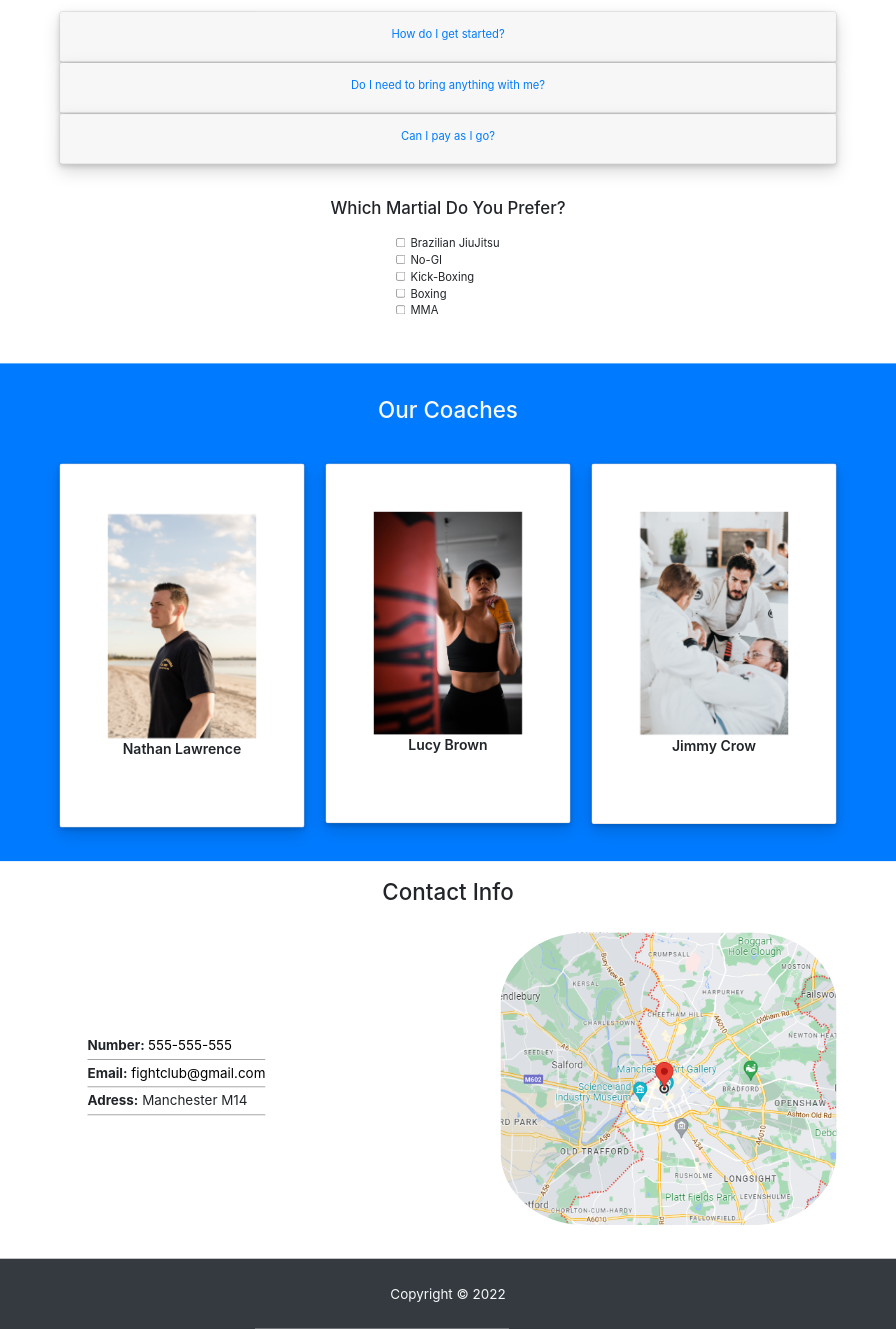
Repository: IonPara/Just-Fight
Page: index.html
An editor plug-in stored every save of this project. The page is shown before and after the next save, followed by the edit.
The browser window is 1280 px wide. The pictures show the part of the page from y = 2183 to 4103 px (the page is 4081 px tall before and 4103 px after), at 70% of full size.
Some web libraries are served in a nearby version.

Above is the page before, as saved 2023-03-13 16:10:44.

### index.html
<!DOCTYPE html>
<html lang="en">

<head>
  <meta charset="utf-8">
  <meta name="viewport" content="width=device-width, initial-scale=1.0">
  <title>Just Fight</title>
  <link href="./Styles/styles.css" rel="stylesheet" type="text/css">

  <!-- Bootstrap Link -->
  <link rel="stylesheet" href="https://cdn.jsdelivr.net/npm/bootstrap@4.2.1/dist/css/bootstrap.min.css"
    integrity="sha384-GJzZqFGwb1QTTN6wy59ffF1BuGJpLSa9DkKMp0DgiMDm4iYMj70gZWKYbI706tWS" crossorigin="anonymous">
</head>

<body>
  <header>

    <!-- ------------Nav bar ------------------------>
    <nav class="navbar navbar-expand-lg navbar-dark bg-dark fixed-top">
      <div class="container pb-4 mr-5">
        <a class="navbar-brand mt-3" id="brand" href="#"><span class="text-primary">Just </span> Fight</a>
        <button class="navbar-toggler" type="button" data-toggle="collapse" data-target="#navbarSupportedContent"
          aria-controls="navbarSupportedContent" aria-expanded="false" aria-label="Toggle navigation">
          <span class="navbar-toggler-icon"></span>
        </button>
      </div>

      <div class="collapse navbar-collapse" id="navbarSupportedContent">
        <ul class="navbar-nav justify-content-end">
          <li class="nav-item active">
            <a class="nav-link" href="#">Home <span class="sr-only">(current)</span></a>
          </li>
          <li class="nav-item">
            <a class="nav-link" href="#ourClasses">Classes</a>
          </li>
          <li class="nav-item">
            <a class="nav-link" href="#openingHours">Opening</a>
          </li>
          <li class="nav-item">
            <a class="nav-link" href="#coaches">Coaches</a>
          </li>
          <li class="nav-item">
            <a class="nav-link" href="#contact">Contact</a>
          </li>
          <li class="nav-item">
            <a class="nav-link" href="./about.html">About</a>
          </li>
          <li class="nav-item">
            <a class="nav-link" href="./plans.html">Join</a>
          </li>
          <li class="nav-item">
            <a class="nav-link" href="./review.html">Review</a>
          </li>
        </ul>
      </div>
    </nav>
  </header>

  <!-- ------------------------Join Club Top section  --------------- -->
  <section class="text-light pt-5 text-center text-sm-start top-section transition-fade" id="swup">
    <div class="container">
      <div class="d-sm-flex justify-content-between align-items-center">
        <div class="heading-container w-50">
          <h1 class="fight-club text-center font-weight-bold"><span class="text-primary">Just </span>Fight</h1>
          <p class=" md-lead text-left font-italic pt-3">
            All martial arts are really just different paths to the same place, which is total human development.
            <br>
          <p class="text-right">BETH AUSTIN</p>
          <a class="text-white" href="./plans.html" target="_blank" rel="noopener noreferrer">
            <button class="btn btn-lg btn-primary mt-3" id="join">
              Join Our Team
            </button>
          </a>
        </div>
        <img class="img-fluid  w-25 d-none d-sm-block" src="./Images/timothy-eberly-C7ax3RF9FFo-unsplash.jpg"
          alt="Muay Thai">
      </div>
    </div>
  </section>

  <!-- Sign Up section -->
  <div class="bg-primary text-light p-5">
    <div class="container">
      <div class="d-md-flex justify-content-between align-items-center">
        <h3 class="mb3-mb-md-0">
          Sing Up For Our Newsletters
        </h3>
        <div class="input-group mb-3">
          <input type="text" class="form-control newsletter-input" placeholder="Enter Email:"
            aria-label="Recipient's username" aria-describedby="button-addon2">
          <button class="btn  btn-outline-secondary bg-dark text-white" type="button" id="button-addon2">
            Sign Up
          </button>
        </div>
      </div>
    </div>
  </div>

  <!-------------------------------Our Classes Boxes------------ -->
  <section class="p-5 mb-5 classes-container" id="ourClasses">
    <div class="container  text-center text-light boxes">
      <div class="row">
        <div class="col text-dark font-weight-bolder">
          <div class=" h2 pb-4">Join Our Classes</div>
        </div>
      </div>

      <!-- Here we create a row with 3 boxes -->
      <div class="row">

        <div class="col-md ">
          <div class="card bg-primary ">
            <div class="card-body">
              <h3 class="card-title">Brazilian Jiu Jitsu</h3>
              <a href="./about.html">
                <img class=" card-image w-100 d-md-block" src="./Images/bjj.png" alt="Brazilian Jiu Jitsu">
              </a>
            </div>
          </div>
        </div>

        <div class="col-md ">
          <div class="card bg-dark mt-4 m-md-0">
            <div class="card-body">
              <h3 class="card-title">No-Gi</h3>
              <a href="./about.html">
                <img class="card-image w-100 d-md-block" src="./Images/no-gi.png" alt="No-Gi">
              </a>
            </div>
          </div>
        </div>

        <div class="col-md ">
          <div class="card bg-primary mt-4 m-md-0">
            <div class="card-body">
              <h3 class="card-title">Kick Boxing</h3>
              <a href="./about.html">
                <img class=" card-image w-100 d-md-block" src="./Images/kb.png" alt="Kick-boxing">
              </a>
            </div>
          </div>
        </div>
      </div>

      <!-- Here we create second row with 3 boxes -->
      <div class="row pt-4">
        <div class="col-md">
          <div class="card bg-dark mb-4 m-md-0">
            <div class="card-body">
              <h3 class="card-title">Boxing</h3>
              <a href="./about.html">
                <img class="card-image w-100  d-md-block" src="./Images/boxing.png" alt="Brazilian Jiu Jitsu">
              </a>
            </div>
          </div>
        </div>

        <div class="col-md">
          <div class="card bg-primary">
            <div class="card-body">
              <h3 class="card-title">MMA</h3>
              <a href="./about.html">
                <img class="card-image w-100  d-md-block" src="./Images/mma.png" alt="No-Gi">
              </a>
            </div>
          </div>
        </div>

        <div class="col-md">
          <div class="card bg-dark mt-4 m-md-0">
            <div class="card-body">
              <h3 class="card-title">Gym</h3>
              <a href="./about.html">
                <img class="card-image w-100  d-md-block" src="./Images/gym.png" alt="Kick-boxing">
              </a>
            </div>
          </div>
        </div>

      </div>
    </div>
  </section>
  <!----------------------------Table--------------------------------  -->
  <section class="bg-dark  p-5" id="openingHours">
    <h2 class="text-light text-center">Opening Hours</h2>

    <div class="bg-dark py-5">
      <div class=" text-dark d-flex justify-content-center table-container">
        <table class=" table bg-light  table-hover w-75 ">
          <thead class="bg-dark text-light">
            <!-- Here is the top row -->
            <tr class="row-head ">
              <!-- Here on the small screen the day of the week wil be just a letter -->
              <th class="col1 d-none d-md-table-cell" scope="col">Class</th>
              <th class="col2 d-md-none" scope="col">C</th>
              <th class="col2 d-none d-md-table-cell" scope="col">Monday</th>
              <th class="col2 d-md-none" scope="col">M</th>
              <th class="col3 d-none d-md-table-cell" scope="col">Tuesday</th>
              <th class="col3 d-md-none" scope="col">T</th>
              <th class="col3 d-none d-md-table-cell" scope="col">Wednesday</th>
              <th class="col3 d-md-none" scope="col">W</th>
              <th class="col4 d-none d-md-table-cell" scope="col">Thursday</th>
              <th class="col4 d-md-none" scope="col">T</th>
              <th class="col5 d-none d-md-table-cell" scope="col">Friday</th>
              <th class="col5 d-md-none" scope="col">F</th>
              <th class="col6 d-none d-md-table-cell" scope="col">Saturday</th>
              <th class="col6 d-md-none" scope="col">S</th>
            </tr>
          </thead>

          <tbody class="" id="table">
            <!-- Here is the second row -->
            <!-- The first column will change depending on the screen size -->
            <tr class="table-active">
              <th class="d-none d-md-block">Brazilian Jiu Jitsu</th>
              <th class="d-md-none ">BJJ</th>
              <td></td>
              <td>7PM-8PM</td>
              <td></td>
              <td>7PM-8PM</td>
              <td></td>
              <td>10AM-11AM</td>
            </tr>
            <!-- Here is the third row -->
            <!-- The first column will change depending on the screen size -->
            <tr>
              <th class="d-none d-md-block">No-Gi</th>
              <th class="d-md-none ">NG</th>
              <td>7PM-8PM</td>
              <td></td>
              <td>7PM-8PM</td>
              <td></td>
              <td></td>
              <td></td>
            </tr>
            <!-- Here is the forth row -->
            <!-- The first column will change depending on the screen size -->
            <tr class="table-active">
              <th class="d-none d-md-block">Kick-Boxing</th>
              <th class="d-md-none ">K-B</th>
              <td>8PM-9PM</td>
              <td></td>
              <td>8PM-9PM</td>
              <td></td>
              <td></td>
              <td></td>
            </tr>
            <!-- Here is the fifth row -->
            <!-- The first column will change depending on the screen size -->
            <tr>
              <th scope="row">MMA</th>
              <td></td>
              <td>8PM-9PM</td>
              <td></td>
              <td>8PM-9PM</td>
              <td></td>
              <td></td>
            </tr>
            <!-- Here is the sixth row -->
            <!-- The first column will change depending on the screen size -->
            <tr class="table-active">
              <th class="d-none d-md-block">Boxing</th>
              <th class="d-md-none ">B</th>
              <td></td>
              <td></td>
              <td></td>
              <td></td>
              <td>7PM-8PM</td>
              <td></td>
            </tr>
            <!-- Here is the seventh row -->
            <!-- The first column will change depending on the screen size -->
            <tr>
              <th scope="row">Gym</th>
              <td>10AM-9PM</td>
              <td>10AM-9PM</td>
              <td>10AM-9PM</td>
              <td>10AM-9PM</td>
              <td>10AM-9PM</td>
              <td>10AM-9PM</td>
            </tr>
          </tbody>

        </table>
      </div>
    </div>
  </section>

  <!-- Questions -->
  <section class="py-5" id="questions">

    <div class="container">
      <h2 class="text-center mb-5">Frequently Asked Questions</h2>

      <div id="accordion">

        <!-- Here is the first accordion -->
        <!-- Which will collapse when you click on it -->
        <div class="card">
          <div class="card-header">
            <h5 class="text-center">
              <button class="btn btn-link" data-toggle="collapse" data-target="#collapseOne">
                How do I get started?
              </button>
            </h5>
          </div>
          <!-- This is the collapsed section-->
          <div id="collapseOne" class="collapse" data-parent="#accordion">
            <div class="card-body">
              The best way is to attend a session and join in! You will receive a free session on your first visit, this
              will provide you with the opportunity to try a class and get a good insight into the varied training we
              have to offer. You must give us a call, txt or to book in for your free session.
            </div>
          </div>
        </div>
        <!-- Here is the second accordion -->
        <!-- Which will collapse when you click on it -->
        <div class="card">
          <div class="card-header">
            <h5 class="text-center">
              <button class="btn btn-link" data-toggle="collapse" data-target="#collapseTwo">
                Do I need to bring anything with me?
              </button>
            </h5>
          </div>
          <!-- This is the collapsed section-->
          <div id="collapseTwo" class="collapse" data-parent="#accordion">
            <div class="card-body">
              It's a good idea to bring a drink and a sweat towel. Normal training attire is fine, shorts & T-shirt,
              Jogging bottoms and T-shirts are all fine. We train in bare feet. In addition, if you already have items
              such as gloves etc. please feel free to bring them along.
            </div>
          </div>
        </div>
        <!-- Here is the third accordion -->
        <!-- Which will collapse when you click on it -->
        <div class="card">
          <div class="card-header">
            <h5 class="text-center">
              <button class="btn btn-link" data-toggle="collapse" data-target="#collapseThree">
                Can I pay as I go?
              </button>
            </h5>
          </div>
          <!-- This is the collapsed section-->
          <div id="collapseThree" class="collapse" data-parent="#accordion">
            <div class="card-body">
              Our members ALL pay via direct debit. As a members only gym we do not accept ANY cash pay as you go. We
              feel this helps promote regular training and stops bullies from just turning up wanting to "fight".
            </div>
          </div>
        </div>
      </div>
    </div>

    <!-- Radio Button -->
    <div class="radio-btn mt-5 mb-3 ">
      <h4 class="mb-4">Which Martial Do You Prefer?</h4>
      <div>
        <div class="form-check">
          <input class="form-check-input" type="checkbox" value="" id="flexCheck">
          <label class="form-check-label" for="flexCheck">
            Brazilian JiuJitsu
          </label>
        </div>

        <div class="form-check">
          <input class="form-check-input" type="checkbox" value="" id="flexCheck1">
          <label class="form-check-label" for="flexCheck1">
            No-GI
          </label>
        </div>

        <div class="form-check">
          <input class="form-check-input" type="checkbox" value="" id="flexCheck2">
          <label class="form-check-label" for="flexCheck2">
            Kick-Boxing
          </label>
        </div>

        <div class="form-check">
          <input class="form-check-input" type="checkbox" value="" id="flexCheck3">
          <label class="form-check-label" for="flexCheck3">
            Boxing
          </label>
        </div>

        <div class="form-check">
          <input class="form-check-input" type="checkbox" value="" id="flexCheck4">
          <label class="form-check-label" for="flexCheck4">
            MMA
          </label>
        </div>
      </div>
    </div>

  </section>
  <!-- ----------------------------------Coaches--------------------- -->
  <section class="bg-primary text-center" id="coaches">
    <h2 class="text-center text-light pt-5">Our Coaches</h2>
    <div class="container py-5" id="card-coaches">

      <div class="row ">
        <!-- This the first coach -->
        <div class="col-md">
          <div class="card card-body p-5 " id="card">
            <figure class="card-body" id="col-coach">
              <img class="card-image w-100 d-md-block" src="./Images/coach11.png" alt="Coach">
              <figcaption class="card-title lead">Nathan Lawrence</figcaption>
            </figure>
          </div>
        </div>
        <!-- This the second coach -->
        <div class="col-md">
          <div class="card card-body p-5 ">
            <figure class="card-body w-100 " id="col-coach2">
              <img class="card-image w-100  d-md-block" src="./Images/coach22.png" alt="Coach">
              <figcaption class="lead card-title ">Lucy Brown</figcaption>
            </figure>
          </div>
        </div>
        <!-- This the third coach -->
        <div class="col-md ">
          <div class="card card-body p-5 ">
            <figure class="card-body" id="col-coach3">
              <img class="card-image w-100  d-md-block" src="./Images/coach33.png" alt="Coach">
              <figcaption class="card-title lead">Jimmy Crow</figcaption>
            </figure>
          </div>
        </div>
      </div>
    </div>
  </section>

  <!-- ----------------------Contact Info---------------------- -->
  <section class="location" id="contact">
    <h2 class="text-center">Contact Info</h2>

    <div class="container">
      <ul class="list">
        <li>
          <strong>Number: </strong>
          <a href="">555-555-555</a>
        </li>

        <li>
          <strong>Email:</strong>
          <a href="mailto:fightclub@gmail.com" target="_blank">
            <span> fightclub@gmail.com</span>
          </a>
        </li>
        <li> <strong>Adress:</strong> Manchester M14</li>
      </ul>

      <!-- map -->
      <div>
        <a href="https://www.google.com/maps/dir//Manchester/@53.4722454,-2.2234628,12z/data=!4m9!4m8!1m0!1m5!1m1!1s0x487a4d4c5226f5db:0xd9be143804fe6baa!2m2!1d-2.2426305!2d53.4807593!3e0"
          target="_blank" rel="noopener">
          <img class="map" src="./Images/map.png" alt="map">
        </a>
      </div>
    </div>
  </section>

  <!-- Footer -->
  <footer class="bg-dark text-center text-light mt-5">
    <p>Copyright &copy; 2022</p>
  </footer>

  <!-- Bootstrap JavaScript Links -->
  <script src="https://code.jquery.com/jquery-3.3.1.slim.min.js"
    integrity="sha384-q8i/X+965DzO0rT7abK41JStQIAqVgRVzpbzo5smXKp4YfRvH+8abtTE1Pi6jizo"
    crossorigin="anonymous"></script>
  <script src="https://cdn.jsdelivr.net/npm/popper.js@1.14.6/dist/umd/popper.min.js"
    integrity="sha384-wHAiFfRlMFy6i5SRaxvfOCifBUQy1xHdJ/yoi7FRNXMRBu5WHdZYu1hA6ZOblgut"
    crossorigin="anonymous"></script>
  <script src="https://cdn.jsdelivr.net/npm/bootstrap@4.2.1/dist/js/bootstrap.min.js"
    integrity="sha384-B0UglyR+jN6CkvvICOB2joaf5I4l3gm9GU6Hc1og6Ls7i6U/mkkaduKaBhlAXv9k"
    crossorigin="anonymous"></script>
  <script src="https://unpkg.com/swup@latest/dist/swup.min.js"></script>
</body>

</html>

### Styles/styles.css


/*---------------- Top section------------- */
.top-section {
    background-color: black;

}


#brand {
    font-size: 1.5rem;
    font-weight: bolder;
}


#join a:hover, a:visited, a:link {
    text-decoration: wavy;
}

#join:hover {
    background-color: rgb(8, 157, 135);
}

/* Radio button */
.radio-btn {
    width: 100%;
    flex-direction: column;
    display: flex;
    align-items: center;
}

/* ---------------------------Coach------------ */
.container figcaption {
    font-weight: 600;
}

/*------------ Contact Info -----------*/
.location h2 {
    margin-top: 2%;
}

.location .container {
    display: flex;
    justify-content: space-between;
    align-items:center;
    flex-wrap: wrap;
    margin-top: 3%;
}

.list {
    list-style: none;
    font-size: larger;
    font-weight: 400;
    line-height: 2em;
}

.list li {
    border-bottom:1px solid grey;
}

ul a:hover, a:visited, a:link{
    color:black;
    text-decoration: wavy;
}

ul a:hover {
    color:blueviolet;
}

/*  The Map */
.map {
    border-radius: 25%;
}

/* -----------------Cards--------------- */
.card:hover {
    -webkit-transform: scale(0.5);
     transform: scale(1.05);
}

.card {
    box-shadow: 0 10px 25px 0 rgba(0, 0, 0, 0.15), 0 3px 7px 0 rgb(0 0 0 / 15%);
}

.table-container, .classes-container, section {
    overflow-x: hidden;
    min-width: 100%;
}

.card-image {
    object-fit: contain;
}

/* -----------------Footer--------------- */
footer p{
    padding: 5vh 0;
    margin-bottom: 0;
    font-size: larger;
    height: 100px;
}


/* ---------------Media screen----------------- */
@media screen and (max-width:1200px) {
    .boxes h3 {
        font-size: 1.2em;
        white-space:pre-wrap;
    }

}

@media screen and (max-width:1000px) {
    .top-section {
        margin-top: 8%;
    }
}


@media screen and (max-width:768px) {

    .newsletter-input {
        width: 50%;
    }

    #table {
        font-size: 0.9rem;
    }

    .map {
        width: 400px;
    }

    .location .container {
        justify-content: center;
    }
}

@media screen and (max-width:600px) {
    .top-section {
        margin-top: 10%;
        min-width: 100%;
    }

    .fight-club {
        min-width: 100% !important;
        margin-top: 5%;
        margin-left: auto;
    }

    .heading-container {
        min-width: 100% !important;
    }

    #join {
        margin-bottom: 5px;
    }
    .table-container {
    }

    .table-container {
        min-width: 100dvw;
        margin-right: 100px !important;
        margin-left: -50px;
    }

    th {
        max-width: 50px;
        padding-right: 2px;;
    }

    td {
        max-width: 55px;

    }

}

After the next save:
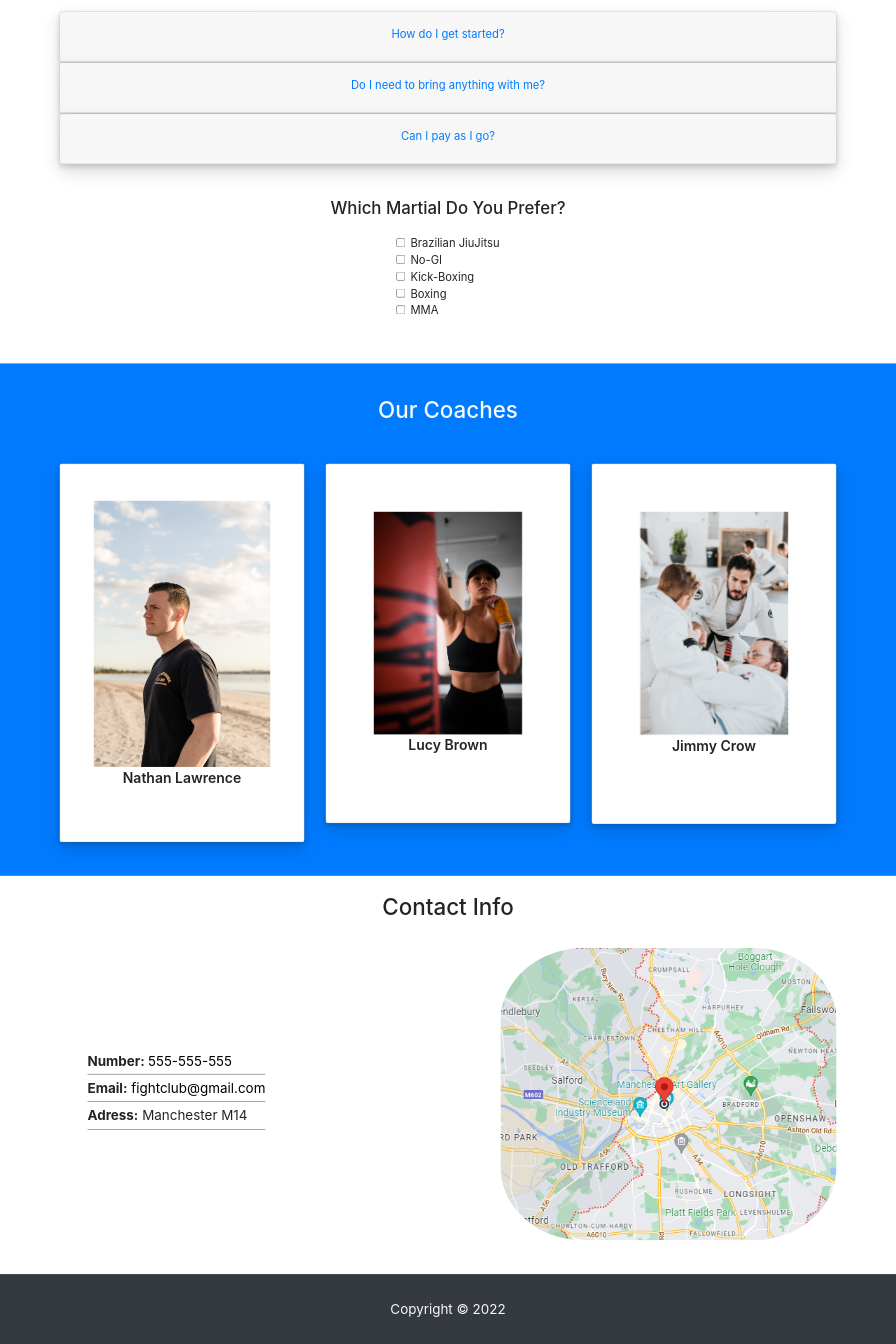
Saved 40 s later.
--- a/index.html
+++ b/index.html
@@ -404,7 +404,7 @@
         <!-- This the first coach -->
         <div class="col-md">
           <div class="card card-body p-5 " id="card">
-            <figure class="card-body" id="col-coach">
+            <figure class="" id="col-coach">
               <img class="card-image w-100 d-md-block" src="./Images/coach11.png" alt="Coach">
               <figcaption class="card-title lead">Nathan Lawrence</figcaption>
             </figure>
